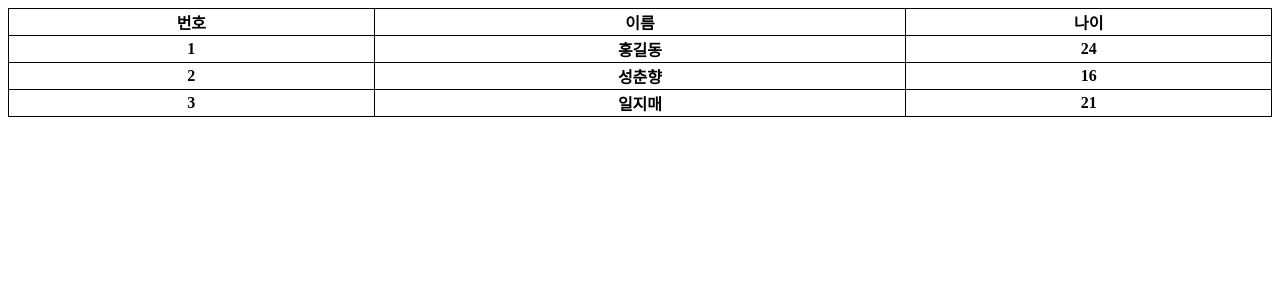
Repository: Seokho96/CSSPractice
Page: css/sample02/WebContent/index3.html
The author's editor kept a copy of each file at every save. The page is drawn from the files as they stood at one save, then again after the next save.
The browser window is 1280 px wide. The pictures show the whole page.

Above is the page before, as saved 2020-07-13 02:57:02.

After the next save:
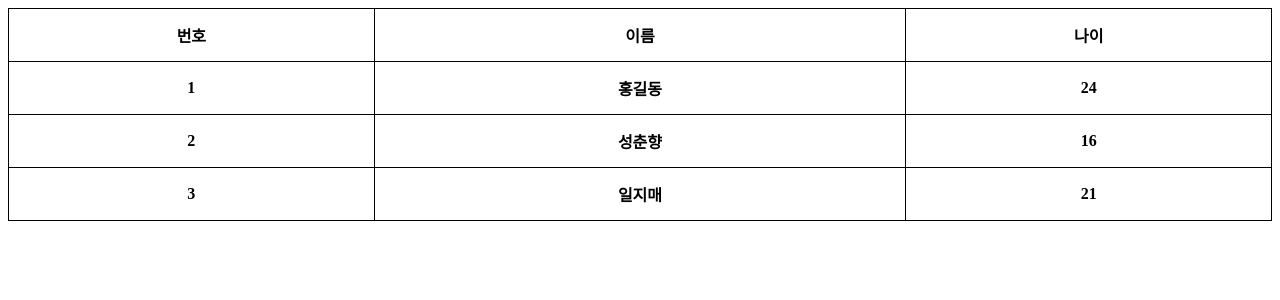
Saved 26 s later.
--- a/css/sample02/WebContent/index3.html
+++ b/css/sample02/WebContent/index3.html
@@ -12,6 +12,9 @@
 }
 table, th, td{
    border: 1px solid black;
+}
+th{
+   height: 50px;
 }
 
 </style>
